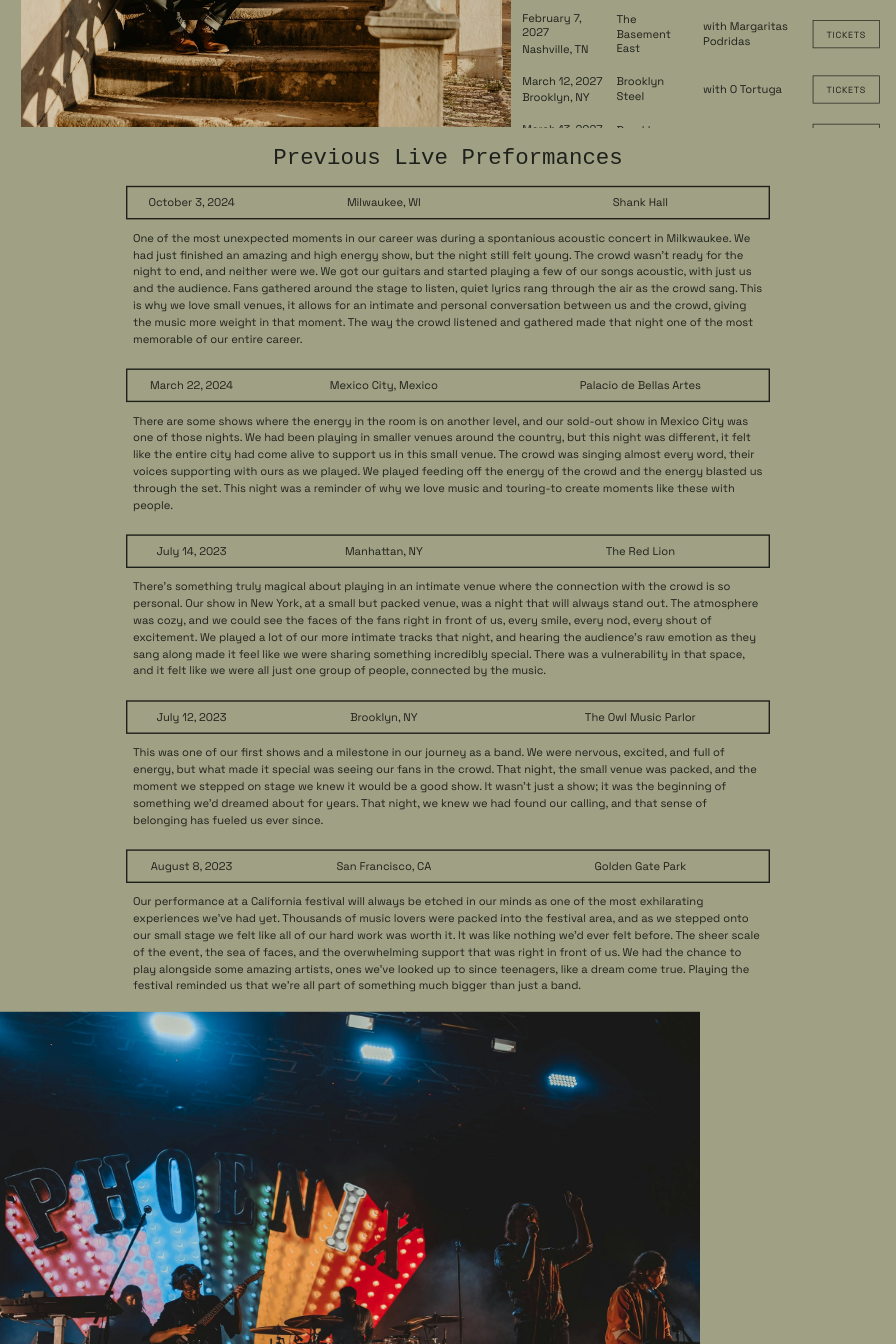
Repository: lime929/voices-del-viento
Page: /tour
The author's editor kept a copy of each file at every save. The page is drawn from the files as they stood at one save, then again after the next save.
The browser window is 1280 px wide. The pictures show the part of the page from y = 809 to 2729 px (the page is 10322 px tall before and 9980 px after), at 70% of full size.
An inner scrolling area shows only its first screen. The project was rebuilt for these pictures with package versions that can differ from the ones it lists, and the page was loaded fresh each time. The framework's server and built-in components were replaced by stand-ins that run in the browser. Also part of the build but not shown: next.config.mjs.

Above is the page before, as saved 2026-09-15 17:40:02.

After the next save:
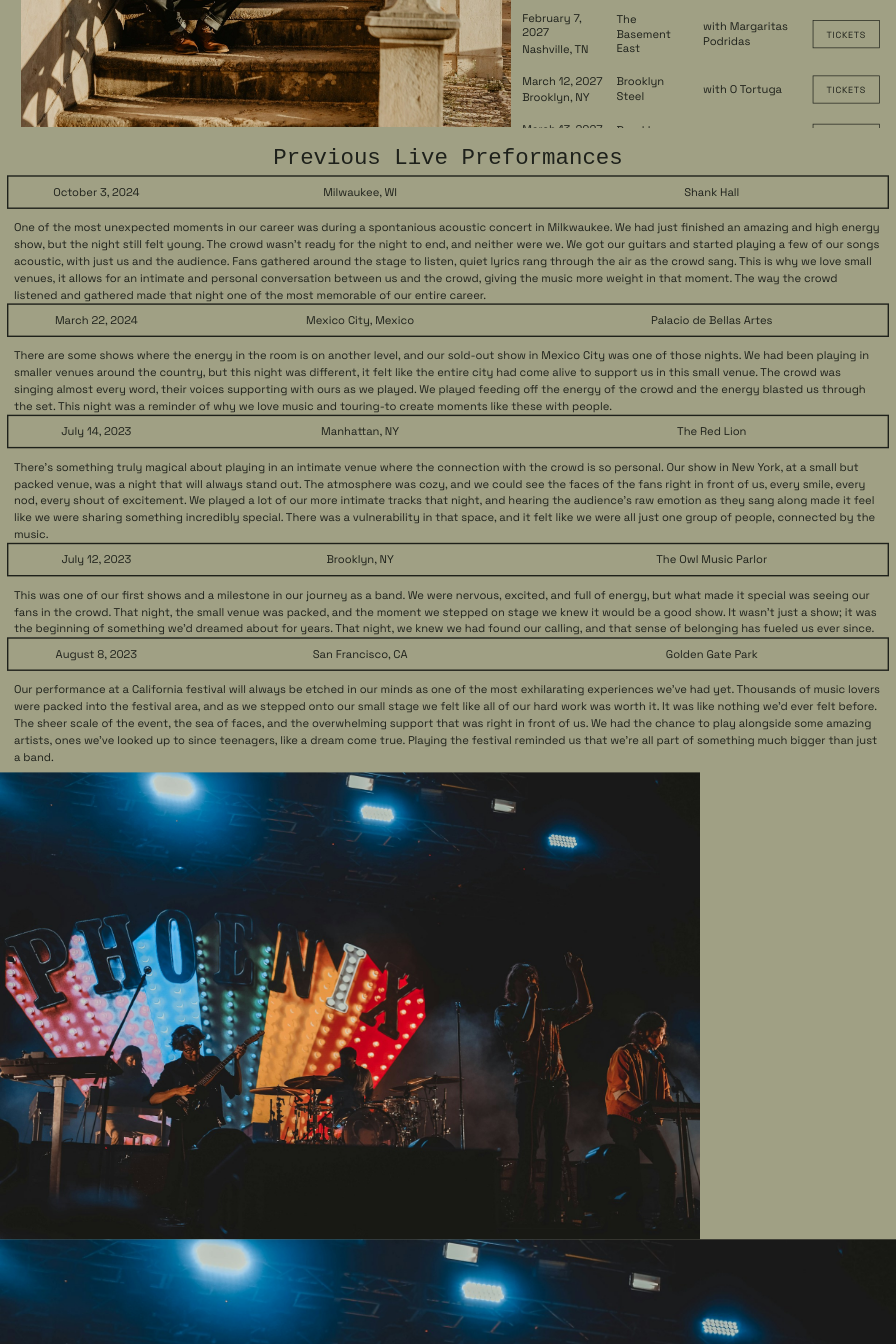
Saved 27 s later.
--- a/app/tour/page.module.css
+++ b/app/tour/page.module.css
@@ -143,11 +143,6 @@
   text-align: center;
 
 }
-.pastTour {
- padding: 15px 20px;
- max-width: 1200px;
-  margin: 0 150px;
-}
 
 
 
